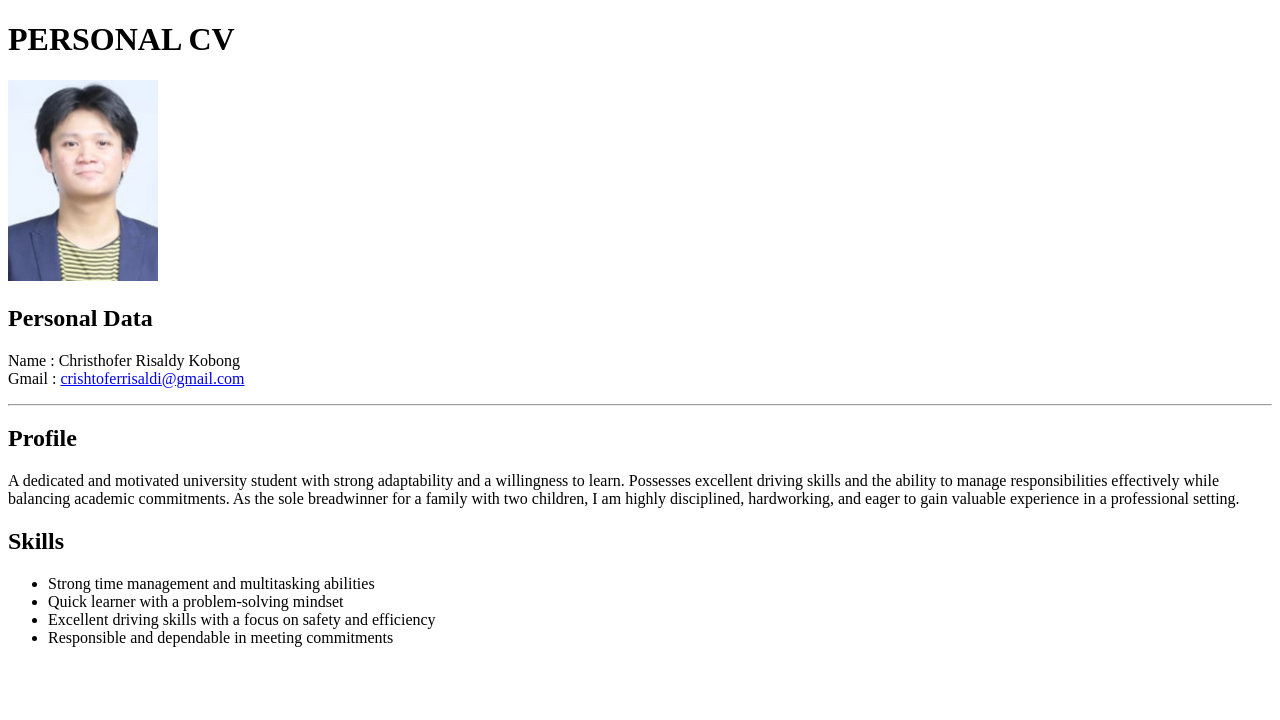
Repository: ChristhoferRisaldy/CVWeb
Page: web.html
The author's editor kept a copy of each file at every save. The page is drawn from the files as they stood at one save, then again after the next save.
The browser window is 1280 px wide. The pictures show the whole page.

Above is the page before, as saved 2025-02-25 08:04:25.

After the next save:
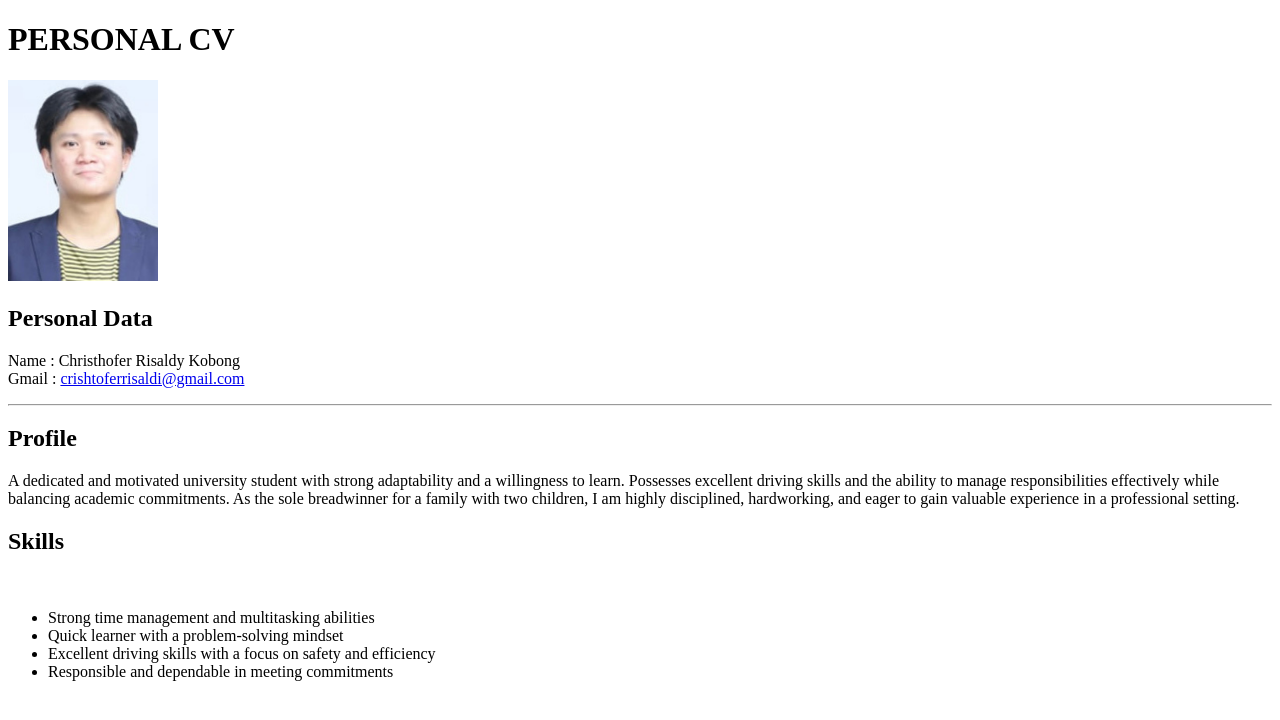
Saved 88 s later.
--- a/web.html
+++ b/web.html
@@ -20,7 +20,7 @@
         <p>A dedicated and motivated university student with strong adaptability and a willingness to learn. Possesses excellent driving skills and the ability to manage responsibilities effectively while balancing academic commitments. As the sole breadwinner for a family with two children, I am highly disciplined, hardworking, and eager to gain valuable experience in a professional setting.
         </p>
 
-        <h2>Skills</h2>
+        <h2>Skills</h2><br>
         <ul>
             <li>Strong time management and multitasking abilities</li>
             <li>Quick learner with a problem-solving mindset</li>
